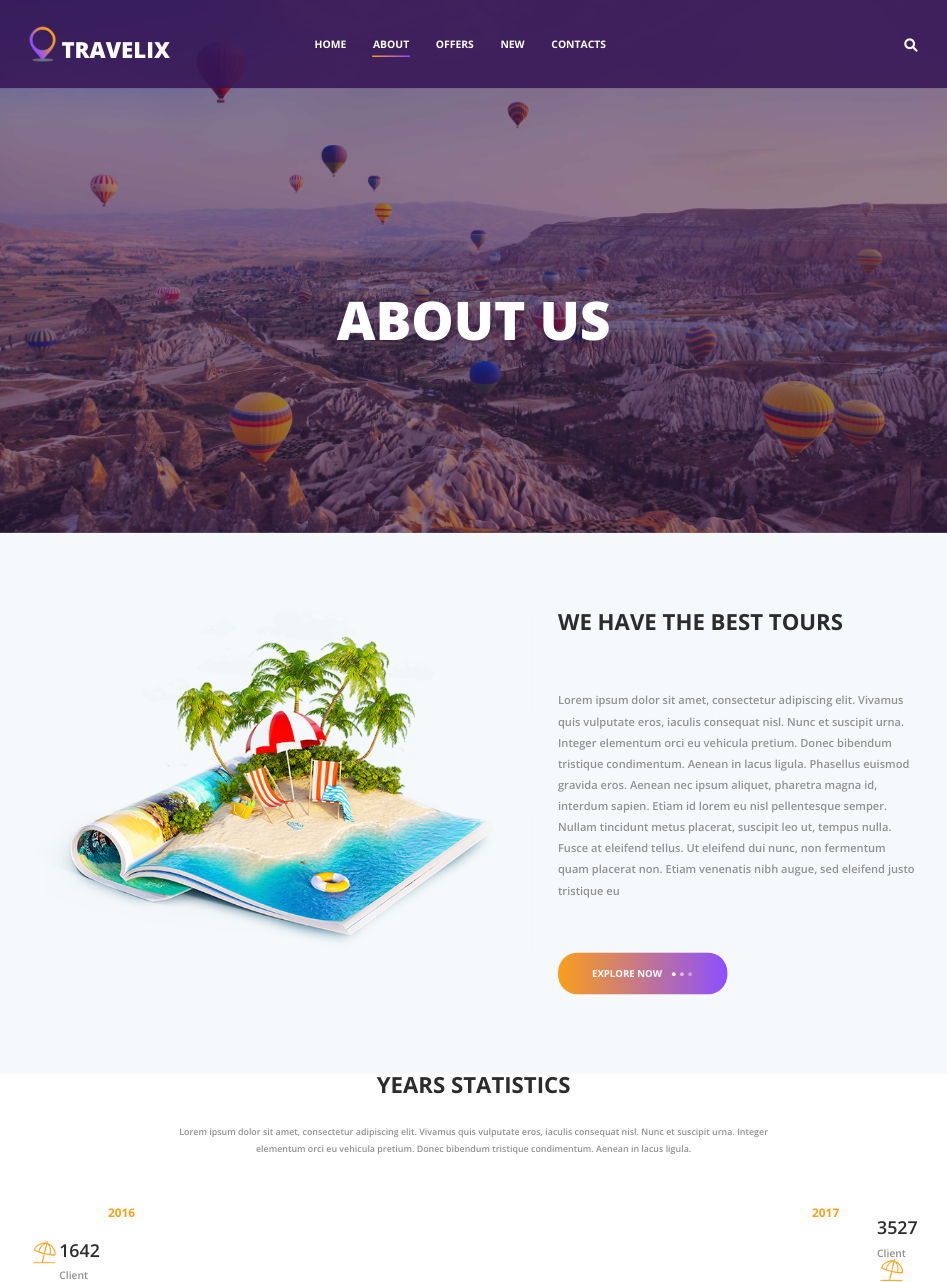
Repository: phamhuuloc/Travelix_Template
Page: about.html
An editor plug-in stored every save of this project. The page is shown before and after the next save, followed by the edit.
The browser window is 1280 px wide. The pictures show the whole page, at 74% of full size.
Backgrounds fixed to the window are drawn as part of the page. Some web fonts or font styles are not loaded; a fallback is used.

Above is the page before, as saved 2021-10-13 09:20:18.

After the next save:
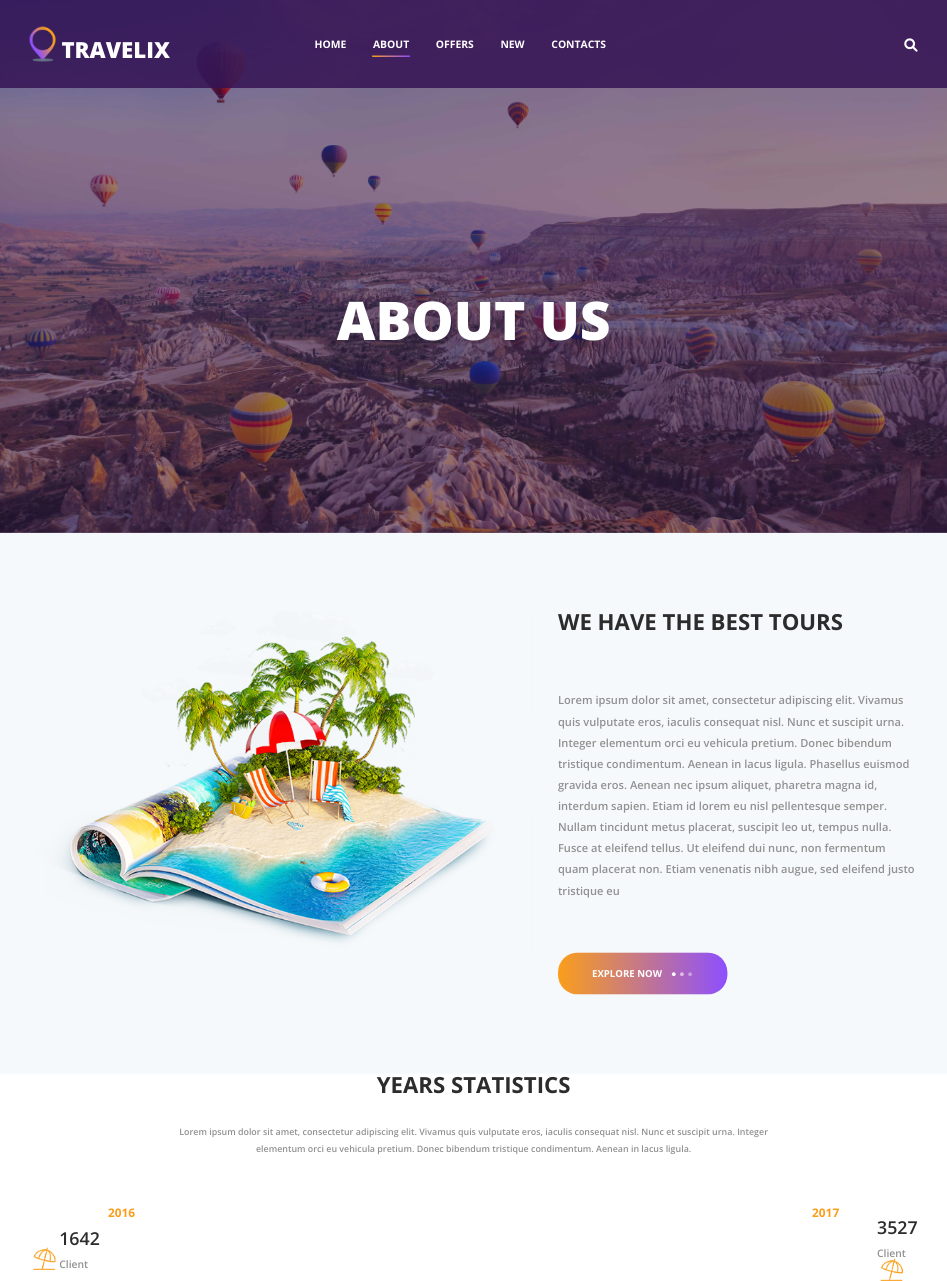
Saved 24 s later.
--- a/assets/css/about.css
+++ b/assets/css/about.css
@@ -72,11 +72,12 @@
 }
 .stats__item {
   display: flex;
-  align-items: flex-end;
+  align-items: center;
   justify-content: space-between;
 }
 .stats__last {
   display: flex;
+  align-items: flex-end;
 }
 .stats__number {
   font-size: 2.4rem;
